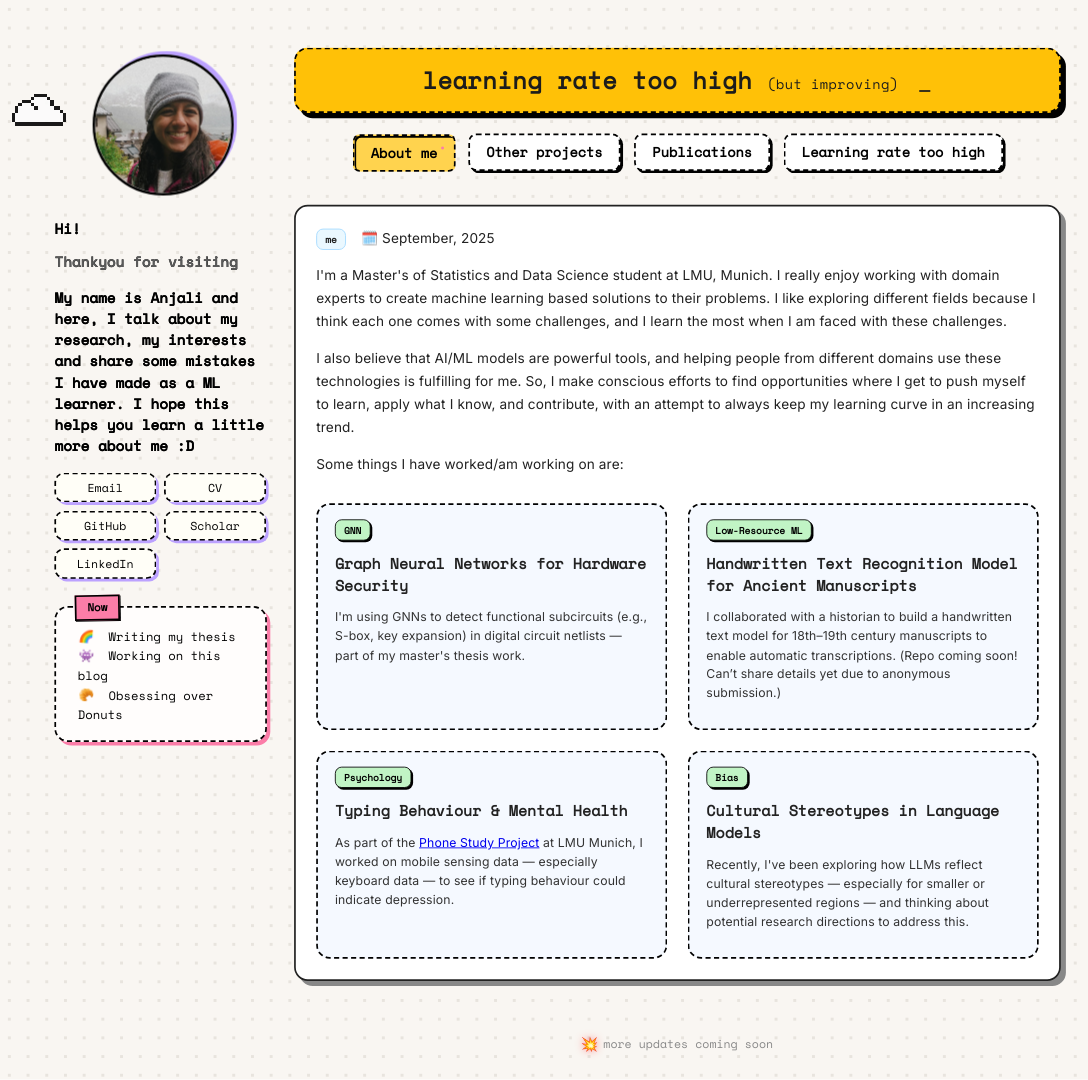
Repository: anjalisarawgi/learning_rate_too_high
Page: index.html
The author's editor kept a copy of each file at every save. The page is drawn from the files as they stood at one save, then again after the next save.
The browser window is 1280 px wide. The pictures show the whole page, at 85% of full size.

Above is the page before, as saved 2025-11-04 15:08:20.

### index.html
<!DOCTYPE html>
<html lang="en">
<head>
  <meta charset="UTF-8" />
  <meta name="viewport" content="width=device-width, initial-scale=1.0" />
  <meta name="title" content="Learning Rate Too High – Machine Learning Mistakes by Anjali Sarawgi">
  <meta name="description" content="A lighthearted blog documenting my ML experiments, mistakes, and lessons learned.">
  <meta name="author" content="Anjali Sarawgi">
  <meta name="robots" content="index, follow">
  <link rel="canonical" href="https://anjalisarawgi.github.io/learning_rate_too_high/">
  <title>learning rate too high</title>
  <!-- <link href="https://fonts.googleapis.com/css2?family=Space+Mono&family=Press+Start+2P&display=swap" rel="stylesheet"> -->
  <link href="https://fonts.googleapis.com/css2?family=Space+Mono&family=Press+Start+2P&family=Inter&display=swap" rel="stylesheet">
  <style>
    body {
      font-family: 'Space Mono', monospace;
      background-color: #F9F6F2;
      margin: 0;
      padding: 2rem;
      /* background-image: radial-gradient(#ebe9e9 2px, transparent 1px); */
      /* background-image: radial-gradient(#E0DBD2 2px, transparent 2px); */
      /* background-size: 22px 22px; */
      background-image: radial-gradient(#E8E4DE 2px, transparent 2px);
  background-size: 22px 22px;
    }

    header {
      background: #FFC107;
      color: #1C1C1C;
      padding: 1rem 2rem;
      font-size: 1.75rem;
      font-weight: 700;
      font-family: 'Space Mono', monospace;
      border: 2px dashed #000;
      border-radius: 1rem;
      box-shadow: 6px 6px 0 #000;
      max-width: 900px;
      margin: 1.5rem auto;
      text-align: center;
      letter-spacing: 0.5px;
      transition: all 0.2s ease;

    }

    .cursor {
      display: inline-block;
      margin-left: 0.3rem;
      animation: blink 1s steps(2, start) infinite;
      font-weight: 400;
    }

    @keyframes blink {
      to {
        visibility: hidden;
      }
    }

    nav {
      display: flex;
      justify-content: center;
      gap: 2rem;
      margin: 1.5rem 0;
      flex-wrap: wrap;
    }

    nav a {
  text-decoration: none;
  color: #000;
  font-weight: bold;
  border-bottom: 2px dashed #000;
  padding: 0.25rem 0.5rem;
  transition: all 0.2s ease;
}

nav a:hover {
  background: #A9E6AE; /* slightly darker green */
  border-radius: 0.5rem;
  transform: scale(1.05);
}

nav a.active {
  background: #C1F4C5; /* light green */
  border-radius: 0.5rem;
  font-weight: 700;
  box-shadow: inset 0 -2px 4px rgba(0,0,0,0.1);
}

    .card {
      background: #fff;
      border: 2px solid #222;
      border-radius: 1rem;
      box-shadow: 6px 6px 0 #888;
      padding: 1.5rem;
      margin: 2rem auto;
      max-width: 900px;
      transition: all 0.2s ease;


    }

    /* .card:hover {
      box-shadow: 8px 8px 0 #aaa;
      transform: translate(-2px, -2px);
    } */

    .card h2 {
      margin-top: 0;
      color: #222;
    }

    .card small {
      color: #555;
    }

    .tag {
      display: inline-block;
      background: #EAF8FF;
      color: #1C1C1C;
      border: 1px solid #A1D8FF;
      font-size: 0.7rem;
      font-weight: bold;
      padding: 0.2rem 0.6rem;
      margin-right: 0.5rem;
      border-radius: 0.5rem;
    }

    .footer-cta {
      text-align: center;
      margin-top: 4rem;
      font-size: 1rem;
    }


/*
.now-block:hover {
  transform: translate(-2px, -2px);
  box-shadow: 6px 6px 0 #ffccb6;
  background: #fff4f0;
} */
    footer {
      text-align: center;
      margin-top: 4rem;
      color: #888;
      font-size:
       0.85rem;
    }

    .intro-bold {
      font-weight: 700;
      font-size: 1.05rem;
      /* color: #111; */
      text-shadow: 0.1px 0.1px #111
    }
    .cute-photo {
  width: 160px;
  height: 160px;
  object-fit: cover;
  border: 3px solid #000;
  box-shadow: 4px 4px 0 #bca2ff;
  /* box-shadow: 4px 4px 0 #a2d2ff; soft blue shadow */
    /* box-shadow: 4px 4px 0 #f4a7a0; pastel red shadow */
  background-color: #fff8e1;
  background: radial-gradient(circle at 30% 30%, #fff8e1 0%, #f2e3ff 80%);
  border-radius: 50%;
  margin: 0 auto 1.5rem auto;
  display: block;

  /* Proper flower mask pattern */
  mask: radial-gradient(circle at center, black 60%, transparent 61%)
        repeat-conic-gradient(black 0deg 20deg, transparent 20deg 40deg);
  -webkit-mask: radial-gradient(circle at center, black 60%, transparent 61%)
                repeat-conic-gradient(black 0deg 20deg, transparent 20deg 40deg);
  mask-composite: intersect;
  -webkit-mask-composite: destination-in;

  transition: transform 0.3s ease;
  transform: rotate(-90deg);
}

.pumpkin-mascot {
  position: fixed;
  bottom: 20px;
  right: 20px;
  width: 60px;
  image-rendering: pixelated; /* keeps that crisp pixel look */
  z-index: 1000;
  transition: transform 0.3s ease;
}
.pumpkin-mascot:hover {
  transform: rotate(8deg) scale(1.1);
}


.profile-photo {
  position: relative;
  z-index: 2;  /* photo stays in front */
  width: 200px; /* adjust to your photo size */
  border-radius: 12px;
}

.photo-container {
  position: relative;
  width: 160px;      /* match your photo size */
  height: 160px;
  margin: 0 auto 2rem auto;
}

.cute-photo {
  position: relative;
  z-index: 2;         /* bring photo above */
  width: 160px;
  height: 160px;
  object-fit: cover;
  border: 3px solid #000;
  box-shadow: 4px 4px 0 #bca2ff;
  background-color: #fff8e1;
  background: radial-gradient(circle at 30% 30%, #fff8e1 0%, #f2e3ff 80%);
  border-radius: 50%;
  display: block;
  margin: 0 auto;
  transition: transform 0.3s ease;
  transform: rotate(-90deg);
}

.cloud-behind {
  position: absolute;
  top: 20px;
  left: -100px;
  width: 120px;
  z-index: 1;          /* this ensures it’s BEHIND the photo */
  image-rendering: pixelated;
  animation: floatCloud 18s ease-in-out infinite;
  opacity: 0.8;
  pointer-events: none; /* prevents blocking clicks on the photo */
}

@keyframes floatCloud {
  0% {
    transform: translateX(-60px);
    opacity: 0.6;
  }
  25% {
    transform: translateX(0);
    opacity: 0.9;
  }
  50% {
    transform: translateX(60px);
    opacity: 0.9;
  }
  75% {
    transform: translateX(0);
    opacity: 0.8;
  }
  100% {
    transform: translateX(-60px);
    opacity: 0.6;
  }
}


.emoji {
  display: inline-block;
  animation: emojiWiggle 1.5s infinite ease-in-out;
  transform-origin: center;
}

@keyframes emojiWiggle {
  0%, 100% {
    transform: rotate(0deg);
  }
  25% {
    transform: rotate(8deg);
  }
  50% {
    transform: rotate(-8deg);
  }
  75% {
    transform: rotate(4deg);
  }
}

.cute-photo:hover {
  box-shadow: 0 0 10px rgba(188, 162, 255, 0.4);
  transform: scale(1.05);
}
    /* .cute-photo:hover {
  transform: rotate(2deg) scale(1.05);
  transition: all 0.3s ease;
} */
    /* Make text inside .card paragraphs and lists use Inter instead of Space Mono */
/* Card body text with smaller, cleaner font */
.card p,
.card li,
.card small {
  font-family: 'Inter', sans-serif;
  font-size: 1rem;           /* ↑ from 0.85rem */
  line-height: 1.7;          /* better readability */
  color: #222;               /* darker text for contrast */
  letter-spacing: 0.01rem;   /* subtle polish */
}

/* Card headings stay Space Mono */
.card h2 {
  font-family: 'Space Mono', monospace;
  font-size: 1.3rem;         /* Optional: Slightly smaller heading too */
}
ul li {
  margin-bottom: 0.7rem; /* adjust value as needed */
  line-height: 1.6; /* optional: improves readability */
}
.project-card {
  background: #F5F9FF;
  border: 2px dashed #000;
  border-radius: 1rem;
  /* box-shadow: 2px 2px 0 #000; */
  padding: 1rem 1.25rem;
  margin: 0;
  transition: all 0.25s ease;
}


.project-card:hover {
  transform: translate(-2px, -2px);
  box-shadow: 4px 4px 0 #666;
  background: #eff5ff;
}

.project-card h4 {
  font-family: 'Space Mono', monospace;
  font-size: 1.1rem;
  margin: 0.4rem 0;
  color: #222;
}

.project-card p {
  font-family: 'Inter', sans-serif;
  font-size: 0.9rem;
  line-height: 1.55;
  color: #333;
}

.project-card .tag {
  display: inline-block;
  background: #C1F4C5;
  border: 1px solid #000;
  border-radius: 0.5rem;
  font-size: 0.7rem;
  font-weight: bold;
  padding: 0.2rem 0.6rem;
  margin-bottom: 0.4rem;
  color: #000;
  box-shadow: 2px 2px 0 #000;
}

.projects-section {
  display: grid;
  grid-template-columns: repeat(auto-fit, minmax(320px, 1fr));
  gap: 1.5rem;
  margin-top: 2rem;
}
.projects-section h3 {
  font-family: 'Space Mono', monospace;
  font-size: 1.2rem;
  margin-top: 2rem;
  color: #222;
  text-shadow: 1px 1px #fff;
}

footer .boom {
  display: inline-block;
  animation: boomPulse 2s infinite;
  filter: drop-shadow(0 0 4px rgba(255, 0, 0, 0.4));
}

@keyframes boomPulse {
  0%, 100% { transform: scale(1); }
  50% { transform: scale(1.2); }
}

.contact-links {
  display: flex;
  flex-wrap: wrap;
  gap: 0.6rem;
  margin: 1.2rem 0;
}

.contact-links a {
  display: inline-block;
  text-decoration: none;
  color: #000;
  background: #fffef7;
  border: 2px dashed #000;
  border-radius: 0.7rem;
  padding: 0.35rem 0.8rem;
  font-family: 'Space Mono', monospace;
  font-size: 0.85rem;
  box-shadow: 3px 3px 0 #bca2ff;
  transition: all 0.2s ease;
  text-align: center;
  min-width: 90px;
}

.contact-links a:hover {
  background: #C1F4C5;
  box-shadow: 4px 4px 0 #000;
  transform: translate(-2px, -2px);
}

.contact-links a span {
  margin-right: 0.4rem;
  font-size: 0.9rem;
  vertical-align: middle;
}
.now-block {
  position: relative;
  background: #fffdfc;
  border: 2px dashed #000;
  border-radius: 1rem;
  box-shadow: 4px 4px 0 #FB7DA8;
  padding: 1.4rem 1.6rem 1.2rem 1.6rem;
  margin-top: 2rem;
  font-family: 'Space Mono', monospace;
  font-size: 0.9rem;
  color: #000;
  transition: all 0.25s ease;
  max-width: 220px; /* keeps it compact */
}

/* .now-block:hover {
  transform: translate(-2px, -2px);
  box-shadow: 6px 6px 0 #000;
  background: #fff8e7;
} */

/* "Now" tab — fixed placement and better sizing */
.now-block::before {
  content: "Now";
  position: absolute;
  top: -0.9rem;
  left: 1.4rem;
  background: #FB7DA8;
  border: 2px solid #000;
  /* border-radius: 6px 6px 0 0; */
  padding: 0.2rem 0.8rem 0.25rem;
  font-size: 0.8rem;
  font-weight: bold;
  box-shadow: 1px 1px 0 #000;
  transform: rotate(-1deg);
}

/* List styling */
.now-block p {
  margin: 0;
  line-height: 1.6;
  text-align: left;
}

.now-block .emoji {
  margin-right: 0.5rem;
  display: inline-block;
  width: 1.2rem;
  text-align: center;
}

nav {
  display: flex;
  justify-content: center;
  flex-wrap: wrap;
  gap: 1rem;
  margin: 1.5rem 0 2.5rem 0;
}

nav a {
  position: relative;
  text-decoration: none;
  color: #000;
  font-family: 'Space Mono', monospace;
  font-weight: 600;
  background: #FFF; /* clean white base */
  border: 2px dashed #000;
  border-radius: 0.6rem;
  padding: 0.5rem 1.2rem;
  box-shadow: 3px 3px 0 #000;
  transition: all 0.2s ease;
}

nav a:hover {
  background: #FFF6D8; /* light yellow tint like header */
  transform: translate(-2px, -2px);
  box-shadow: 5px 5px 0 #000;
}

nav a.active {
  background: #FFD34E; /* header-matching yellow */
  color: #000;
  border: 2px dashed #000;
  box-shadow: inset 2px 2px 0 #000;
  transform: translate(1px, 1px);
}

/* Adds a little "pop" indicator — like a subtle retro LED */
nav a.active::after {
  content: "•";
  position: absolute;
  right: 0.6rem;
  top: 0.3rem;
  font-size: 0.8rem;
  color: #FB7DA8; /* pink accent, matches your now-block */
}

/* Optional hover detail to stay consistent with your cute tone */
nav a:hover::after {
  opacity: 0.7;
}
  </style>
</head>
<body>
  <div style="display: flex; max-width: 1400px; margin: 0 auto;">
    <aside style="width: 250px; padding: 2rem; font-family: 'Space Mono', monospace;">
      <!-- <img
      src="myphoto2.jpeg"
      alt="Anjali Sarawgi"
      class="cute-photo"> -->
      <div class="photo-container">
        <img src="cloud_image.png" alt="Cloud mascot" class="cloud-behind">
        <img src="myphoto2.jpeg" alt="Anjali photo" class="cute-photo">
      </div>
      <h2 class="intro-bold" style="margin-top: 0;">Hi!</h2>
      <h3 class="intro-bold" style="margin-top: 0; color: #5a5a5a;">Thankyou for visiting</h3>
      <p class="intro-bold">
        My name is <strong>Anjali</strong> and here, I talk about my research, my interests and share some mistakes I have made as a ML learner. I hope this helps you learn a little more about me :D
      </p>
      <div class="contact-links">
        <a href="mailto:anjali.sarawgi9@gmail.com">Email</a>
        <a href="cv.pdf" target="_blank">CV</a>
        <a href="https://github.com/anjalisarawgi" target="_blank">GitHub</a>
        <a href="https://scholar.google.com/citations?user=S54iOkAAAAAJ&hl=en" target="_blank">Scholar</a>
        <a href="https://www.linkedin.com/in/anjali-sarawgi/" target="_blank">LinkedIn</a>
      </div>
      <!-- <a href="mailto:anjali.sarawgi9@gmail.com" style="display: flex; align-items: center; gap: 0.4rem; text-decoration: none; color: #000;"> -->
        <!-- Email Icon -->
        <!-- <svg xmlns="http://www.w3.org/2000/svg" width="16" height="16" fill="currentColor" viewBox="0 0 24 24">
          <path d="M2 4h20v16H2V4zm2 2v.511l8 5.334 8-5.334V6H4zm0 2.489V18h16V8.489l-8 5.333-8-5.333z"/>
        </svg>
        <span>Email</span>
      </a> -->


      <!-- GitHub -->
      <!-- <a href="https://github.com/anjalisarawgi" target="_blank" style="display: flex; align-items: center; gap: 0.4rem; text-decoration: none; color: #000;">
        <svg xmlns="http://www.w3.org/2000/svg" width="16" height="16" fill="currentColor" viewBox="0 0 24 24">
          <path d="M12 0C5.37 0 0 5.37 0 12a12 12 0 008.21 11.43c.6.11.82-.26.82-.58v-2.02c-3.34.73-4.04-1.61-4.04-1.61-.55-1.38-1.35-1.75-1.35-1.75-1.1-.76.08-.74.08-.74 1.22.09 1.87 1.25 1.87 1.25 1.08 1.85 2.84 1.31 3.54 1 .11-.79.42-1.31.76-1.61-2.66-.3-5.47-1.33-5.47-5.91 0-1.31.47-2.38 1.24-3.22-.12-.3-.54-1.52.12-3.17 0 0 1-.32 3.29 1.23A11.45 11.45 0 0112 6.84c1.02.01 2.04.14 3 .42 2.29-1.55 3.29-1.23 3.29-1.23.66 1.65.24 2.87.12 3.17.77.84 1.24 1.91 1.24 3.22 0 4.6-2.82 5.61-5.5 5.91.43.37.81 1.09.81 2.21v3.27c0 .32.22.69.83.57A12 12 0 0024 12c0-6.63-5.37-12-12-12z"/>
        </svg>
        <span>GitHub</span>
      </a> -->



      <div class="now-block">
        <!-- <h3>Now</h3> -->
        <!-- <p>🌈 Writing my thesis<br>👾 Working on this blog <br>🥐 Obsessing over Donuts</p> -->
        <p>
          <span class="emoji">🌈</span> Writing my thesis<br>
          <span class="emoji">👾</span> Working on this blog<br>
          <span class="emoji">🥐</span> Obsessing over Donuts
        </p>
      </div>
    </aside>

    <main style="flex: 1;">
      <header>learning rate too high  <span style="font-size: 1rem; font-weight: 400;">(but improving)</span>
      <span class="cursor">_</span></header>
      <nav>
        <a href="#" data-tab="about" class="active" >About me</a>
        <a href="#" data-tab="other-projects">Other projects</a>
        <a href="#" data-tab="publications">Publications</a>
        <a href="#" data-tab="learning-rate-too-high">Learning rate too high</a>
        <!-- <a href="#" data-tab="loss-infinity">mistakes!</a> -->
        <!-- <a href="#" data-tab="raw-text">uncertainity?</a> -->
        <!-- <a href="#" data-tab="wrong-script">wrong script AGAIN!</a> -->
        <!-- <a href="#" data-tab="wrong-script">package version/s</a> -->
        <!-- <a href="#" data-tab="wrong-script">parameters are IMP</a> -->
        <!-- <a href="#" data-tab="wrong-script">some research directions i think of</a> -->
        <!-- <a href="#" data-tab="wrong-script">the data problem</a> -->

        <!-- <a href="#" data-tab="shuffled-labels">shuffled labels</a> -->
      </nav>

      <div class="card" data-tab-content="wrong-script" style="display: none;">
        <div class="tag">bug</div><div class="tag">torch</div>
        <h2>correct code ... wrong script in training</h2>
        <small>🗓️ May, 2025</small>
        <p>I trained a model. I tweaked layers. I changed the loss function. I cursed PyTorch.<br>Nothing changed.<br><br>Turns out, I was editing <code>train.py</code> in folder A and running <code>train.py</code> in folder B. The curse was me.</p>
      </div>

      <div class="card" data-tab-content="loss-infinity" style="display: none;">
        <div class="tag">loss</div><div class="tag">div/0</div>
        <h2>loss infinity</h2>
        <small>🗓️ Jul 10, 2025</small>
        <p>My model diverged so hard it reached theological questions.<br>Turns out I forgot to normalize the input. Again. And again. And again...</p>
      </div>

      <div class="card" data-tab-content="raw-text" style="display: none;">
        <div class="tag">gnn</div><div class="tag">raw text</div>
        <h2>raw text to GNN</h2>
        <small>🗓️ Jun 5, 2025</small>
        <p>I tried putting raw text directly into a GNN.<br>It screamed. I listened.<br>Don't do it.</p>
      </div>

      <div class="card" data-tab-content="shuffled-labels" style="display: none;">
        <div class="tag">labels</div><div class="tag">oops</div>
        <h2>shuffled labels</h2>
        <small>🗓️ May 18, 2025</small>
        <p>I shuffled my data and accidentally shuffled the labels *separately*.<br>The model got creative, but not in a good way.</p>
      </div>

      <div class="card" data-tab-content="about" style="display: block;">
        <div class="tag">me</div>
        <!-- <h2>About me</h2> -->
        <small>🗓️ September, 2025</small>
        <!-- <h2>Hi, I'm Anjali ✨</h2> -->
        <p>I'm a Master's  of Statistics and Data Science student at LMU, Munich. I really enjoy working with domain experts to create machine learning based solutions to their problems. I like exploring different fields because I think each one comes with some challenges, and I learn the most when I am faced with these challenges.        </p>
        <p>I also believe that AI/ML models are powerful tools, and helping people from different domains use these technologies is fulfilling for me. So, I make conscious efforts to find opportunities where I get to push myself to learn, apply what I know, and contribute, with an attempt to always keep my learning curve in an increasing trend.</p>
        <p>Some things I have worked/am working on are:</p>
        <div class="projects-section">
          <div class="project-card">
            <div class="tag">GNN</div>
            <h4>Graph Neural Networks for Hardware Security</h4>
            <p>
              I'm using GNNs to detect functional subcircuits (e.g., S-box, key expansion)
              in digital circuit netlists — part of my master's thesis work.
            </p>
          </div>

          <div class="project-card">
            <div class="tag">Low-Resource ML</div>
            <h4>Handwritten Text Recognition Model for Ancient Manuscripts</h4>
            <p>
              I collaborated with a historian to build a handwritten text model for
              18th–19th century manuscripts to enable automatic transcriptions.
              (Repo coming soon! Can’t share details yet due to anonymous submission.)
            </p>
          </div>

          <div class="project-card">
            <div class="tag">Psychology</div>
            <h4>Typing Behaviour & Mental Health</h4>
            <p>
              As part of the <a href="https://phonestudy.org/en/" target="_blank">Phone Study Project</a> at LMU Munich,
              I worked on mobile sensing data — especially keyboard data —
              to see if typing behaviour could indicate depression.
            </p>
          </div>

          <div class="project-card">
            <div class="tag">Bias</div>
            <h4>Cultural Stereotypes in Language Models</h4>
            <p>
              Recently, I've been exploring how LLMs reflect cultural stereotypes —
              especially for smaller or underrepresented regions —
              and thinking about potential research directions to address this.
            </p>
          </div>
        </div>

        <!-- <ul>
          <li><strong>Graph Neural Networks</strong> -> I am using GNNs to detect functional subcircuits (e.g., Sbox, key expansion) in digital circuit netlists. This is a part of my master's thesis.
          <li><strong>Low-Resource ML</strong> -> I collaborated with a historian to build a handwritten text model for 18th and 19th century manuscripts to enable automatic transcriptions (repo to be released soon!) [<i>cannot say alot about this since we have a anonymous conference submission</i>]
          <li><strong>Psycological Research</strong> -> At LMU, Munich, I worked for the Phone study project (https://phonestudy.org/en/), where they capture and study mobile sensing data for finding methods to understand the users mental health. Here, very interestingly I worked on the keyboard data, where I prepared the data, and created features to see if users typing behaviour can indicate depression.
          <li><strong>Cultural bias</strong> -> Very recently, I have been very intrigued with the cultural stereotypes most large language models capture, especially the smaller and less represented regions, and I have been trying to infer these behaviours to see for another possible research direction i could work on this winter of 2025.  -->
             <!-- Particularly, I am curious to evaluate how these models handle smaller or less represented regions, for example Nepal. I think it would be very interesting to see if we can identify and solve for the biases in the dataset it was trained on itself. -->
        <!-- </ul> -->
      </div>
      <footer>
        <span class="boom">💥</span> more updates coming soon
      </footer>
      <!-- <img src="Cloud.png" alt="Cloud mascot" class="cloud-mascot"> -->
    </main>
  </div>

  <!-- JS for tab switching -->
  <script>
    const tabs = document.querySelectorAll('nav a');
    const cards = document.querySelectorAll('[data-tab-content]');

    tabs.forEach(tab => {
      tab.addEventListener('click', (e) => {
        e.preventDefault();
        const target = tab.getAttribute('data-tab');

        // Hide all cards
        cards.forEach(card => {
          card.style.display = 'none';
        });

        // Remove 'active' class from all tabs
        tabs.forEach(t => t.classList.remove('active'));

        // Add 'active' to clicked tab
        tab.classList.add('active');

        // Show the matching card
        const activeCard = document.querySelector(`[data-tab-content="${target}"]`);
        if (activeCard) activeCard.style.display = 'block';
      });
    });
  </script>
</body>
</html>

After the next save:
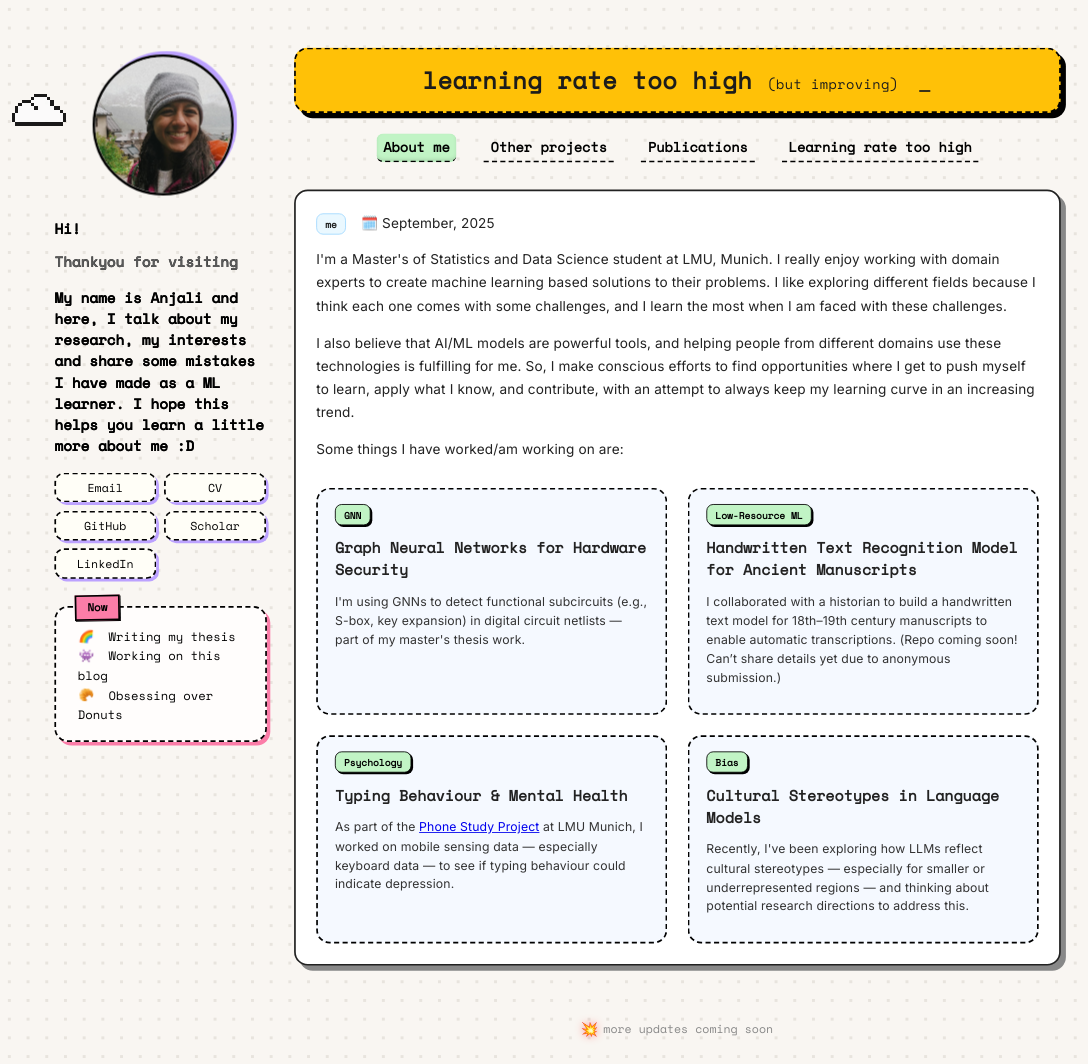
Saved 5 s later.
--- a/index.html
+++ b/index.html
@@ -462,56 +462,6 @@ footer .boom {
   text-align: center;
 }
 
-nav {
-  display: flex;
-  justify-content: center;
-  flex-wrap: wrap;
-  gap: 1rem;
-  margin: 1.5rem 0 2.5rem 0;
-}
-
-nav a {
-  position: relative;
-  text-decoration: none;
-  color: #000;
-  font-family: 'Space Mono', monospace;
-  font-weight: 600;
-  background: #FFF; /* clean white base */
-  border: 2px dashed #000;
-  border-radius: 0.6rem;
-  padding: 0.5rem 1.2rem;
-  box-shadow: 3px 3px 0 #000;
-  transition: all 0.2s ease;
-}
-
-nav a:hover {
-  background: #FFF6D8; /* light yellow tint like header */
-  transform: translate(-2px, -2px);
-  box-shadow: 5px 5px 0 #000;
-}
-
-nav a.active {
-  background: #FFD34E; /* header-matching yellow */
-  color: #000;
-  border: 2px dashed #000;
-  box-shadow: inset 2px 2px 0 #000;
-  transform: translate(1px, 1px);
-}
-
-/* Adds a little "pop" indicator — like a subtle retro LED */
-nav a.active::after {
-  content: "•";
-  position: absolute;
-  right: 0.6rem;
-  top: 0.3rem;
-  font-size: 0.8rem;
-  color: #FB7DA8; /* pink accent, matches your now-block */
-}
-
-/* Optional hover detail to stay consistent with your cute tone */
-nav a:hover::after {
-  opacity: 0.7;
-}
   </style>
 </head>
 <body>
